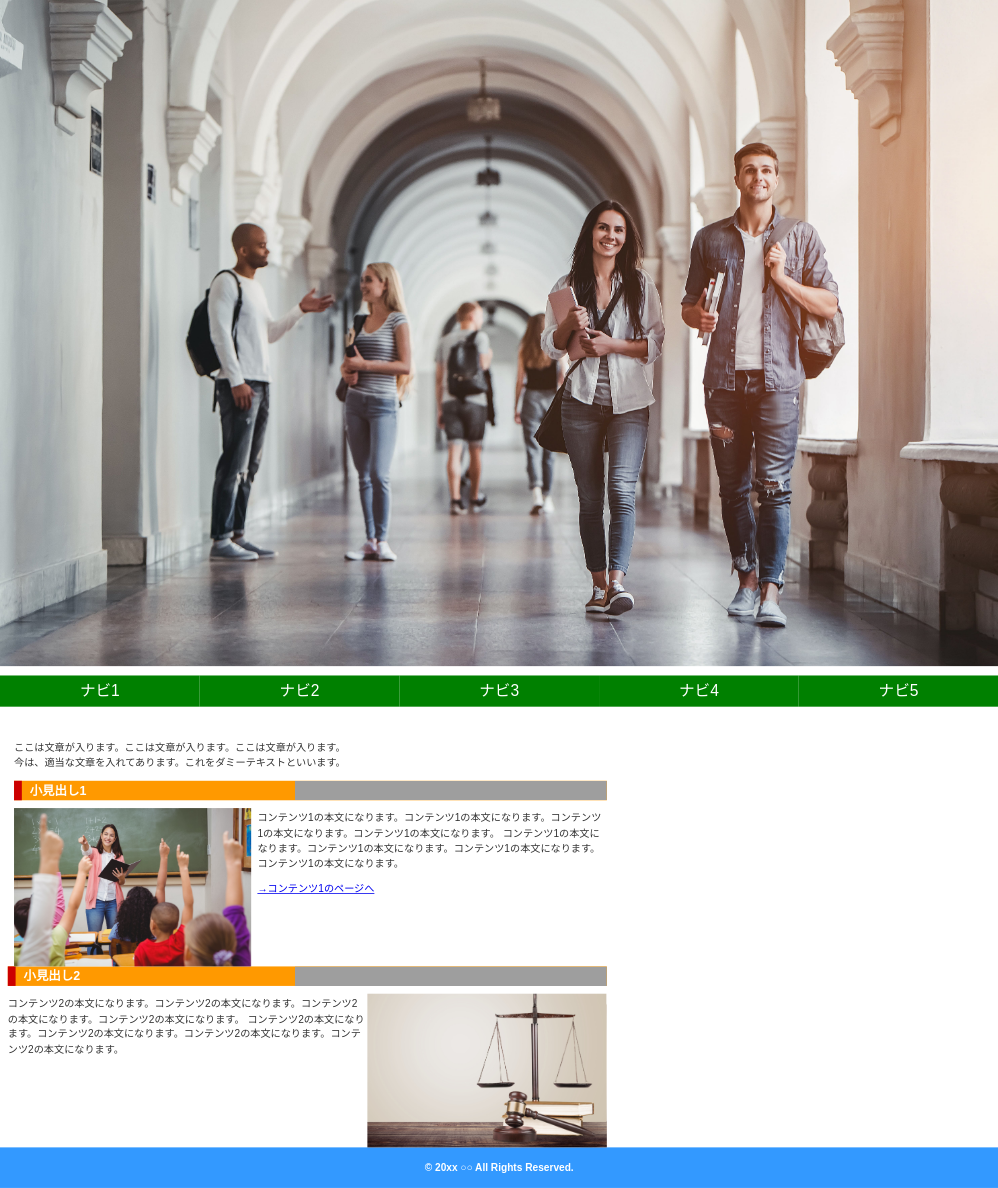
Repository: KENRYU-96645/samurai_HTML-CSS
Page: 4章/home.html
The author's editor kept a record of every edit. The page is drawn from the files as they stood at one moment, then again after the next edit.
The browser window is 1280 px wide. The pictures show the whole page, at 78% of full size.
Pictures or frames that could not be fetched are drawn as grey boxes.

Above is the page before.

After the next edit:
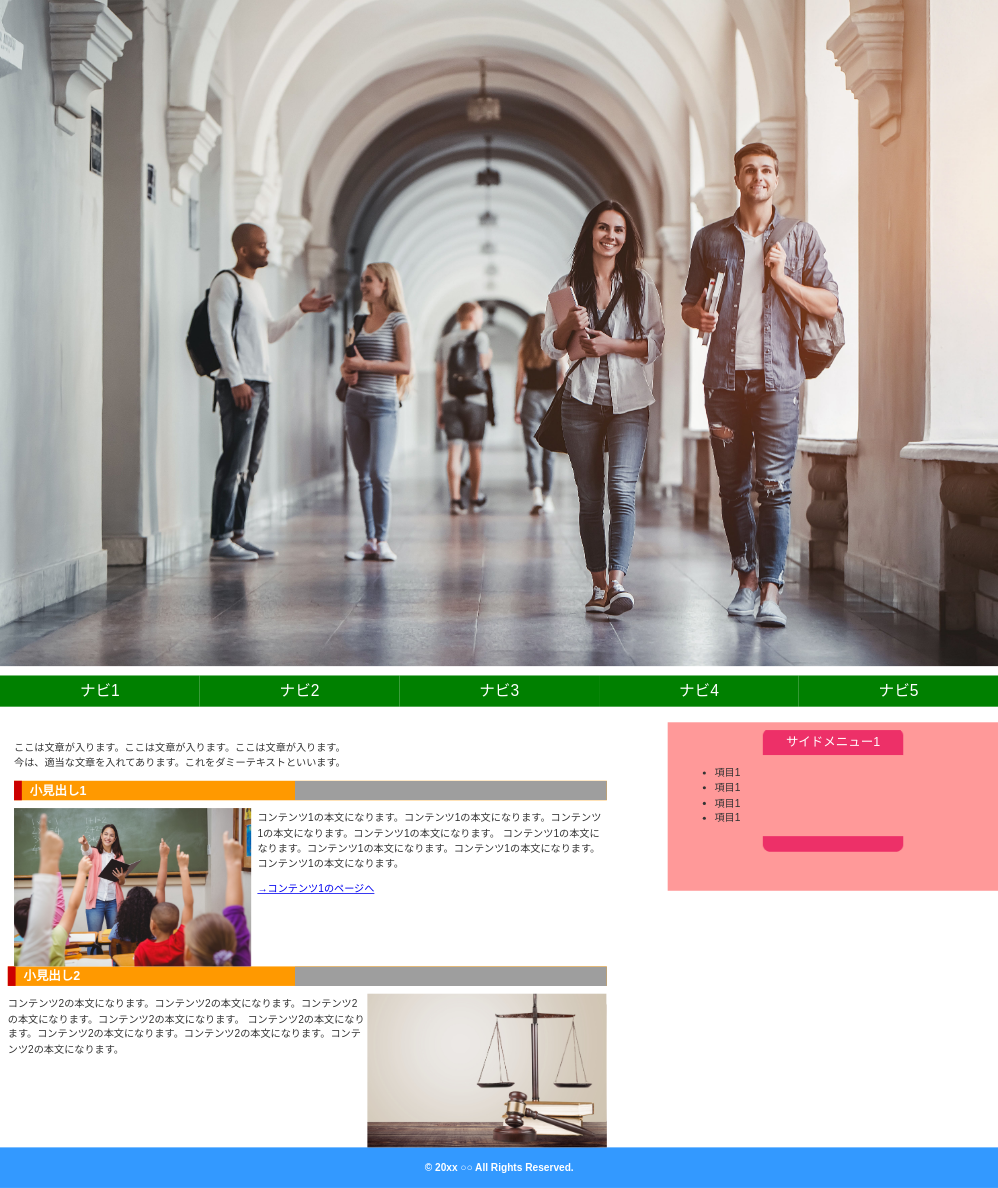
The edit:
--- a/4章/home.html
+++ b/4章/home.html
@@ -43,6 +43,19 @@
                 </div>
             </div>
         </div>
+        <div id="side">
+            <div class="box">
+                <h2>サイドメニュー1</h2>
+                <div class="boxbody">
+                    <ul>
+                        <li>項目1</li>
+                        <li>項目1</li>
+                        <li>項目1</li>
+                        <li>項目1</li>
+                    </ul>
+                </div>
+            </div>
+        </div>
         <div id="footer">
             <p>&copy; 20xx ○○ All Rights Reserved.</p>
         </div>
